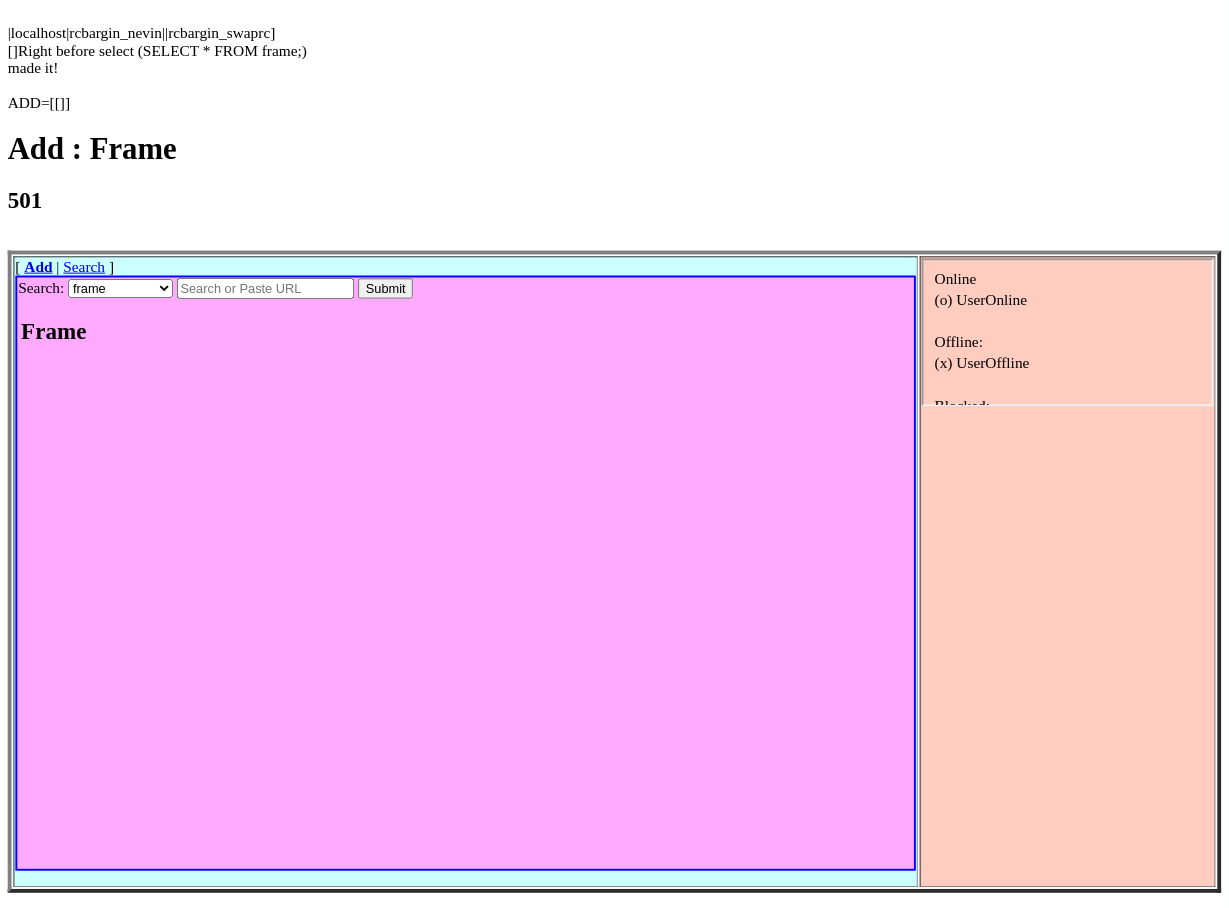
Repository: nevinleiby/SwapRC
Page: http://localhost/add_interface_old.php
An editor plug-in stored every save of this project. The page is shown before and after the next save, followed by the edit.
The browser window is 1280 px wide. The pictures show the whole page, at 96% of full size.
The page is run by PHP 8.4 with error messages shown; the project is at /var/www/html/. Queries for data that is not in the repository find no rows.

Above is the page before, as saved 2019-09-10 17:06:43.
Console error (its wording comes from the project's code and is left out).

After the next save:
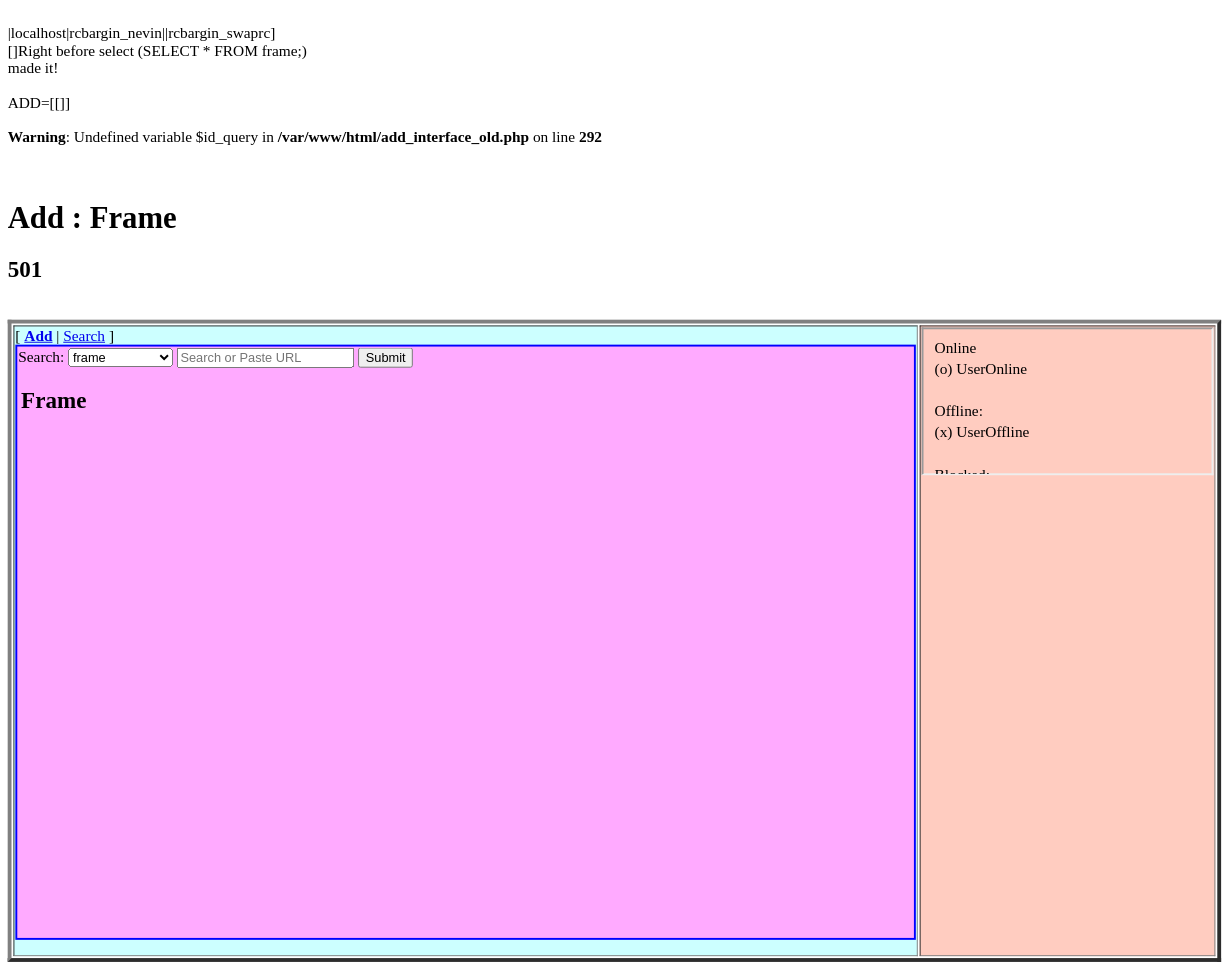
Saved 20 s later.
--- a/add_interface_old.php
+++ b/add_interface_old.php
@@ -289,6 +289,7 @@
 
 
 
+    echo "<br>$id_query<br>";
     $id_query = "SELECT id from $category";
     $display_result = $connection->query($id_query);
     if ( ! $display_result) die ("Fatal Error");

After the save that followed:
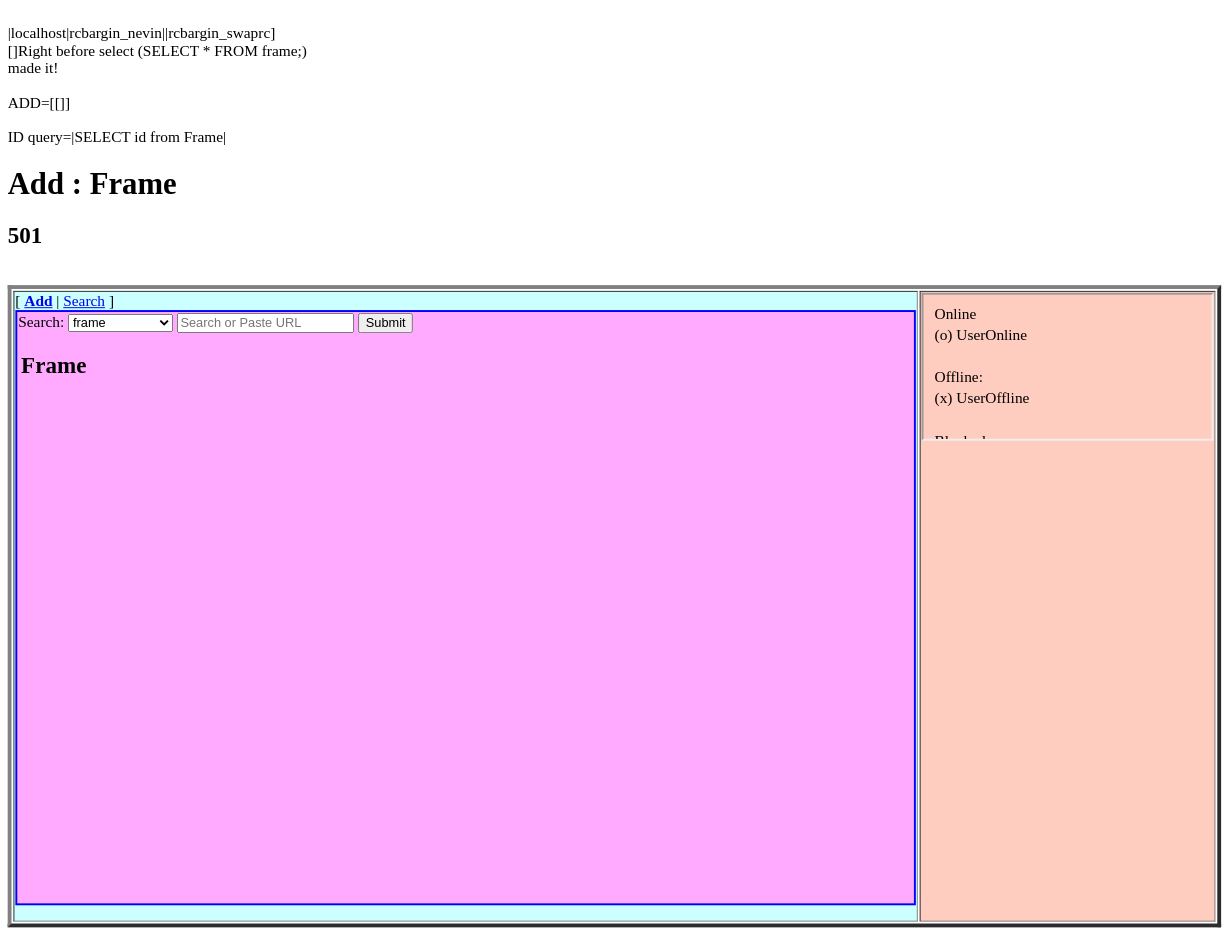
Saved 19 s later.
--- a/add_interface_old.php
+++ b/add_interface_old.php
@@ -289,8 +289,9 @@
 
 
 
-    echo "<br>$id_query<br>";
+
     $id_query = "SELECT id from $category";
+    echo "<br>ID query=|$id_query|<br>";
     $display_result = $connection->query($id_query);
     if ( ! $display_result) die ("Fatal Error");
 
